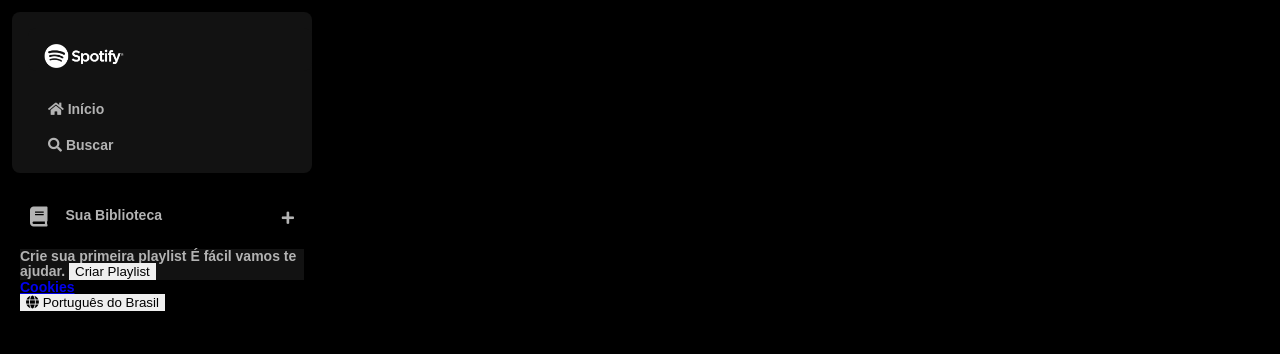
Repository: guilhermecardoso93/spotify-alura
Page: index.html
An editor plug-in stored every save of this project. The page is shown before and after the next save, followed by the edit.
The browser window is 1280 px wide. The pictures show the whole page.

Above is the page before, as saved 2024-02-21 20:05:48.

After the next save:
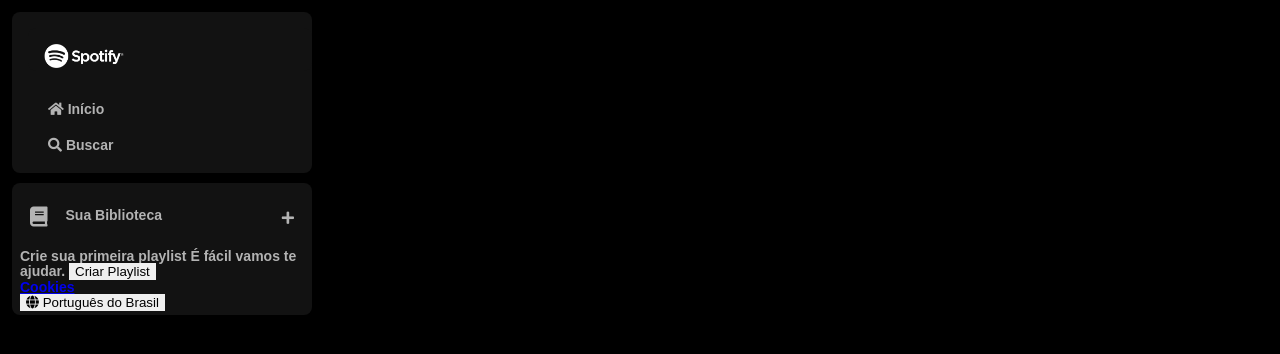
Saved 12 s later.
--- a/styles.css
+++ b/styles.css
@@ -48,6 +48,7 @@
 }
 
 .library {
+  background-color: #121212;
 
   border-radius: 8px;
   display: flex;
